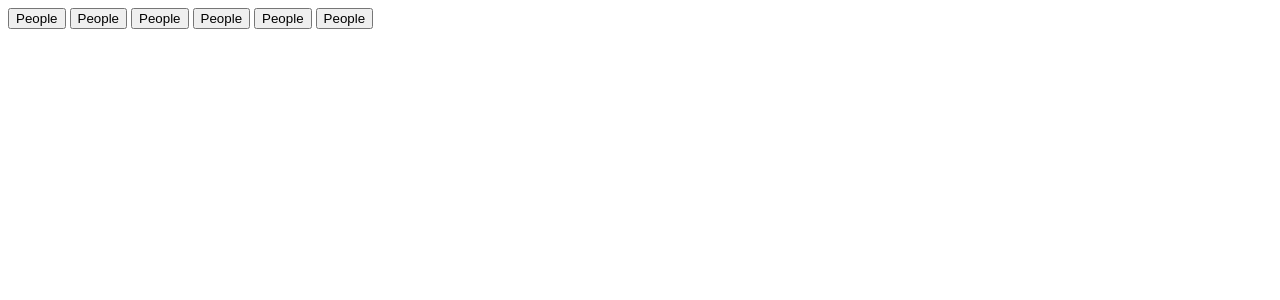
Repository: grisselfaura/ajax-test
Page: index.html
The author's editor kept a record of every edit. The page is drawn from the files as they stood at one moment, then again after the next edit.
The browser window is 1280 px wide. The pictures show the whole page.

Above is the page before.
Console error (its wording comes from the project's code and is left out).

After the next edit:
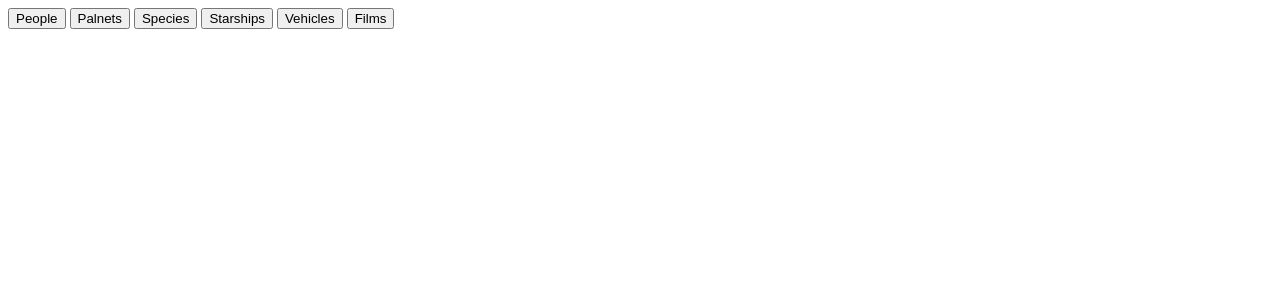
The edit:
--- a/index.html
+++ b/index.html
@@ -9,11 +9,11 @@
 </head>
 <body>
     <button onclick ="writeToDocument("people")">People</button>
-    <button onclick ="writeToDocument("people")">People</button>
-    <button onclick ="writeToDocument("people")">People</button>
-    <button onclick ="writeToDocument("people")">People</button>
-    <button onclick ="writeToDocument("people")">People</button>
-    <button onclick ="writeToDocument("people")">People</button>
+    <button onclick ="writeToDocument("planets")">Palnets</button>
+    <button onclick ="writeToDocument("species")">Species</button>
+    <button onclick ="writeToDocument("starships")">Starships</button>
+    <button onclick ="writeToDocument("vehicles")">Vehicles</button>
+    <button onclick ="writeToDocument("films")">Films</button>
     <div id="data"></div>
 
 </body>
